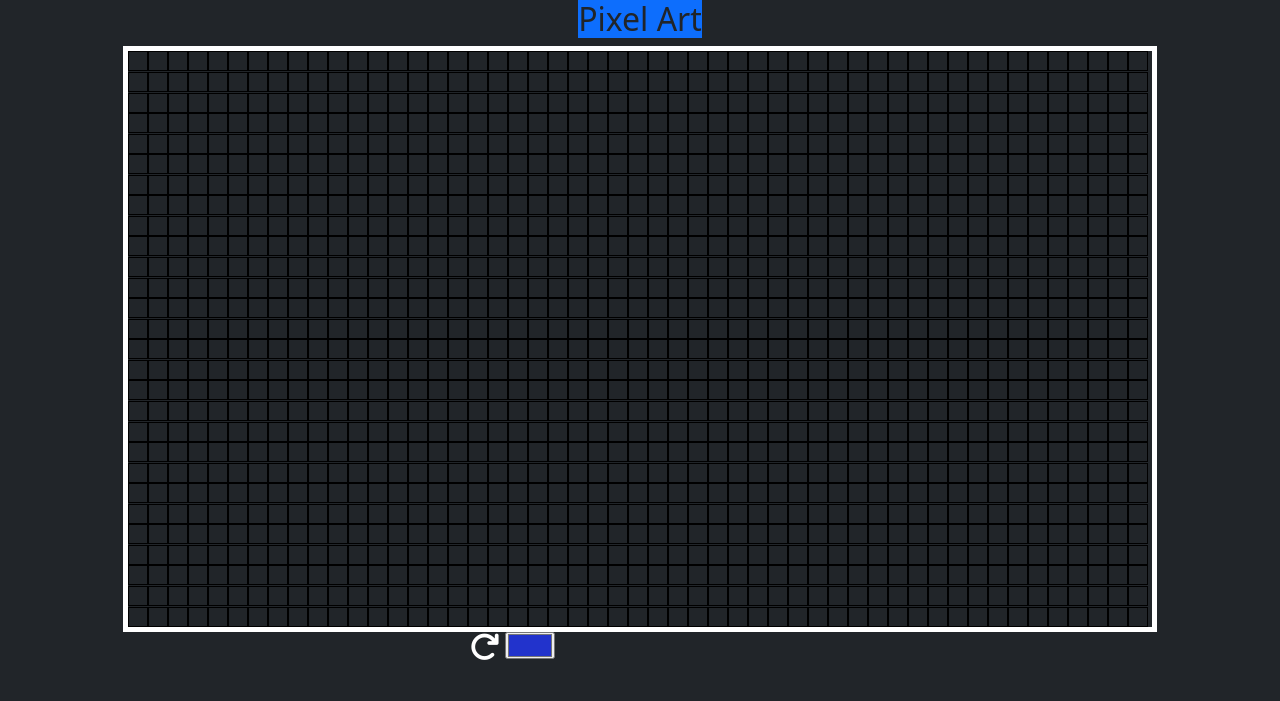
Repository: bechara611/pixelartdb
Page: /
These files come from the project's save history. The page is drawn as it stood at one moment and after the next save; the edit follows.
The browser window is 1280 px wide. The pictures show the whole page.
Some web libraries are served in a nearby version. The project was rebuilt for these pictures with package versions that can differ from the ones it lists, and the page was loaded fresh each time. Also part of the build but not shown: vite.config.js.

Above is the page before, as saved 2023-03-07 13:52:36.

After the next save:
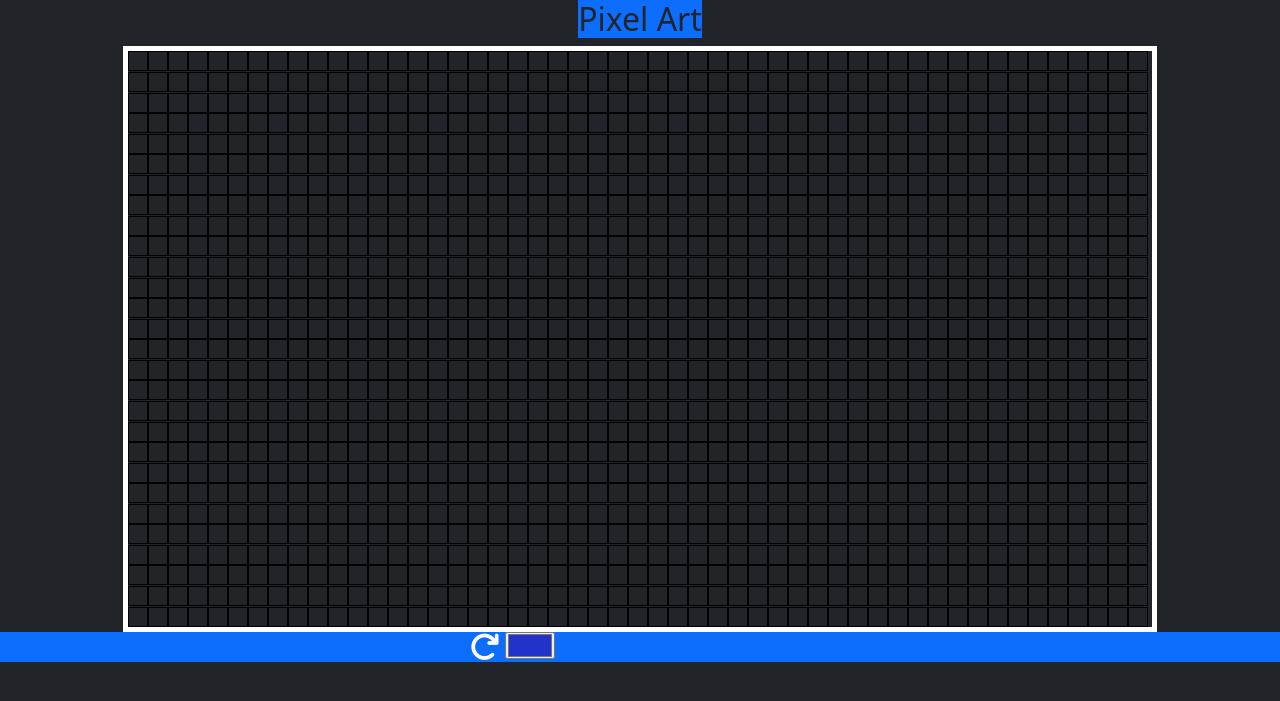
Saved 39 s later.
--- a/src/App.jsx
+++ b/src/App.jsx
@@ -81,7 +81,7 @@ const App = () => {
             </div>
           </div>
         </div>
-        <div className="col-12 contenedor-06 ">
+        <div className="col-12 contenedor-06 bg-primary ">
           <div className="derecha">
           <i className="fa-solid fa-arrow-rotate-right  icono"></i>
             <input type="color" value={colorActual}  onChange={(e) => { setcolorActual(e.target.value) }} />

After the save that followed:
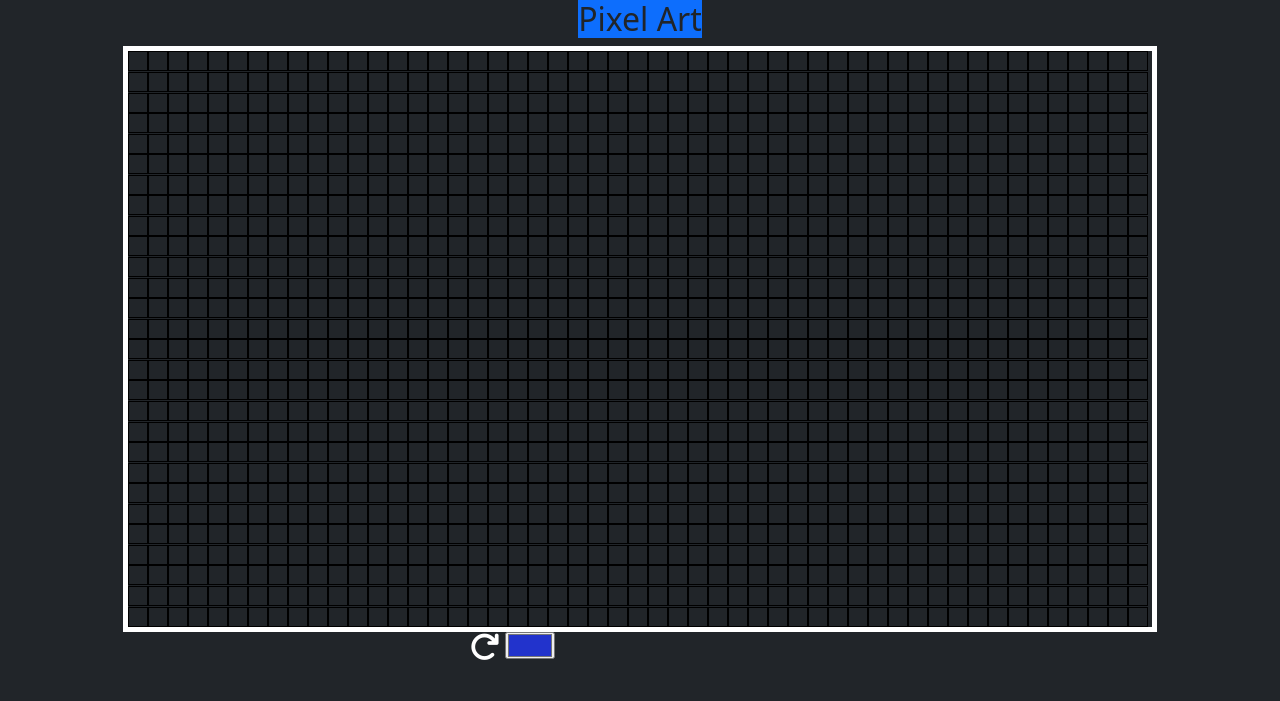
Saved 12 s later.
--- a/src/App.jsx
+++ b/src/App.jsx
@@ -81,7 +81,7 @@ const App = () => {
             </div>
           </div>
         </div>
-        <div className="col-12 contenedor-06 bg-primary ">
+        <div className="col-12 contenedor-06  ">
           <div className="derecha">
           <i className="fa-solid fa-arrow-rotate-right  icono"></i>
             <input type="color" value={colorActual}  onChange={(e) => { setcolorActual(e.target.value) }} />
